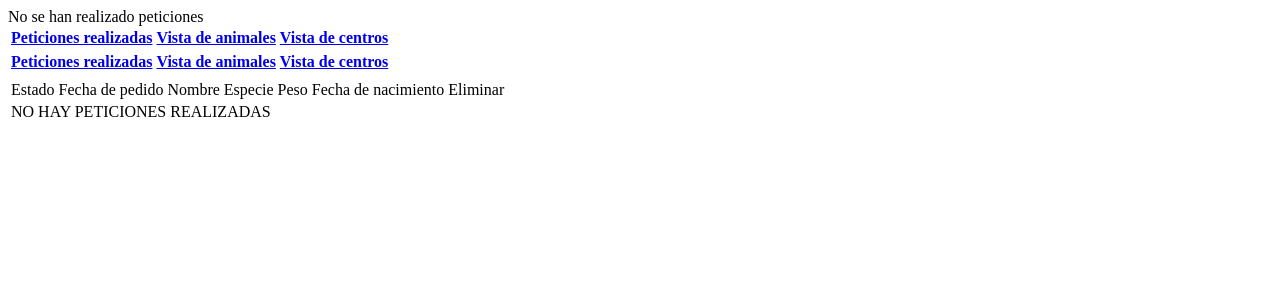
Repository: jorgesanchezfernandez/CodePortfolio
Page: http://localhost/Perrera/confirmarPeticiones.jsp
These files come from the project's save history. The page is drawn as it stood at one moment and after the next save; the edit follows.
The browser window is 1280 px wide. The pictures show the whole page.
The page is served by Tomcat 9. Other server files are loaded and not shown.

Above is the page before, as saved 2006-05-04 15:51:47.

### Java & Javascript/Web/Perrera/WebContent/confirmarPeticiones.jsp
<?xml version="1.0" encoding="ISO-8859-1" ?>
<%@ page language="java" contentType="text/html; charset=ISO-8859-1"
    pageEncoding="ISO-8859-1" import="java.util.*,Perrera.*"%>
<!DOCTYPE html PUBLIC "-//W3C//DTD XHTML 1.0 Transitional//EN" "http://www.w3.org/TR/xhtml1/DTD/xhtml1-transitional.dtd">
<html xmlns="http://www.w3.org/1999/xhtml">
<head>
<meta http-equiv="Content-Type" content="text/html; charset=ISO-8859-1" />
<title>Insert title here</title>
</head>
<body>
<%
IPetProcesor petProces = new PetProcesor();
String mensaje=null;
LineaPeticion peticiones = (LineaPeticion)session.getAttribute("session.peticiones");
Usuario usuario=(Usuario)session.getAttribute("session.usu");

if(peticiones != null && usuario!=null)
{
	petProces.registraPeticion(usuario,peticiones);
	mensaje = new String ("Se realizaron las peticiones correctamente");
}
else
{
		mensaje = new String ("No se han realizado peticiones");
}


%>
<div>
<%=mensaje%>
</div>
<div>
	<jsp:include page="Menu.html"  />
</div>
<div>
	<jsp:include page="LineaPeticiones.jsp?botones=0"  />
</div>
</body>
</html>

### Java & Javascript/Web/Perrera/WebContent/Menu.html
<html>
<body>
	<table id="menu">
		<tr>
			<th>
				<a href="FrontController?respuesta=LineaPeticiones.jsp?botones=1">Peticiones realizadas</a>
			</th>
			<th>
				<a href="FrontController?respuesta=VistaAnimales.jsp">Vista de animales</a>
			</th>
			<th>
				<a href="FrontController?respuesta=VistaCentros.jsp">Vista de centros</a>
			</th>
		</tr>
	</table>


</body>
</html>

### Java & Javascript/Web/Perrera/WebContent/LineaPeticiones.jsp
<?xml version="1.0" encoding="ISO-8859-1" ?>
<%@ page language="java" contentType="text/html; charset=ISO-8859-1"
    pageEncoding="ISO-8859-1" import="java.util.*,Perrera.*" %>
<!DOCTYPE html PUBLIC "-//W3C//DTD XHTML 1.0 Transitional//EN" "http://www.w3.org/TR/xhtml1/DTD/xhtml1-transitional.dtd">
<html xmlns="http://www.w3.org/1999/xhtml">
<head>
<meta http-equiv="Content-Type" content="text/html; charset=ISO-8859-1" />
<title>Peticiones realizadas</title>
</head>
<body>
<div>
	<jsp:include page="Menu.html"  />
</div>
	<table>
		<tr>
			<td colspan="7"></td>
		</tr>
		<tr>
			<td>Estado</td><td>Fecha de pedido</td><td>Nombre</td><td>Especie</td><td>Peso</td><td>Fecha de nacimiento</td><td>Eliminar</td>
		</tr>
<%
		LineaPeticion sessionPeticiones = (LineaPeticion)session.getAttribute("session.peticiones");
		int contador=1;
		if(sessionPeticiones != null){
			List peticiones = sessionPeticiones.getPeticiones();
        	Iterator it = peticiones.iterator();
        	while (it.hasNext()) {
				Peticion pet= (Peticion) it.next();
				Animal animal = pet.getAnimal();
%>
				<tr>
						<td> <%=pet.getEstado() %> </td>
						<td> <%=pet.getFecha().toString()%> </td>
						<td> <%=animal.getNombre() %></td>
						<td> <%=animal.getEspecie() %></td>
						<td> <%=animal.getPeso() %></td>
						<td> <%=animal.getFechaNacimiento() %></td>
						<td> <a href="FrontController?respuesta=eliminarPeticion.jsp?numSerie=<%=animal.getNumSerie()%>"><img></a></td>
				</tr>
<%
			contador++;
			}
        }else{%>
			<tr>
					<td colspan='6'>
					NO HAY PETICIONES REALIZADAS
					</td>
			</tr>
    <%}
   if(contador>=LineaPeticion.MAX_PETICIONES){
    	%>
				<tr>
						<td colspan='6'>
							Maximo de peticiones alcanzadas.
						</td>
				</tr>
<% }
	if(!request.getParameter("botones").equals("0") && contador<=LineaPeticion.MAX_PETICIONES && contador>1){%>
				<tr>
						<td colspan='3'>
						<a href="FrontController?respuesta=confirmarPeticiones.jsp"><img></a>
						</td>
				</tr>
<%	}%>
	</table>
</body>
</html>

### Java & Javascript/Web/Perrera/src/Perrera/IPetProcesor.java
package Perrera;

import java.util.List;
import java.util.LinkedList;
import java.util.Iterator;
import java.lang.Comparable;

public interface IPetProcesor {
	public void registraPeticion(Usuario usu, LineaPeticion lPet);
	public void eliminarPeticion(Animal animal,LineaPeticion lp);
}

### Java & Javascript/Web/Perrera/src/Perrera/PetProcesor.java
package Perrera;

import java.util.List;
import java.util.Iterator;

public class PetProcesor implements IPetProcesor {

	public void registraPeticion(Usuario usu, LineaPeticion lp){
		//Registra una nueva peticion.
		try{

			usu.setLPeticiones(lp);
			Iterator it=lp.getPeticiones().iterator();
			Peticion pet=null;

			while(it.hasNext()){
				pet=(Peticion)it.next();
				pet.setEstado(Peticion.PENDIENTE_ADJUDICACION);
				pet.getAnimal().addPeticionUsuario(usu);
			}
		}catch(Exception e){
			System.out.println("La peticion no pudo ser añadida al usuario");
		}
	}

	public void eliminarPeticion(Animal animal, LineaPeticion lp){
		//Elimina el numero de peticion deseada de un usuario
		try{
			lp.removePeticion(animal.getNombre());
			animal.removePeticionUsuario(lp.getUsu());
		}catch(Exception e){
			System.out.println("No ha podido eliminarse la peticion");
		}
	}
}

After the next save:
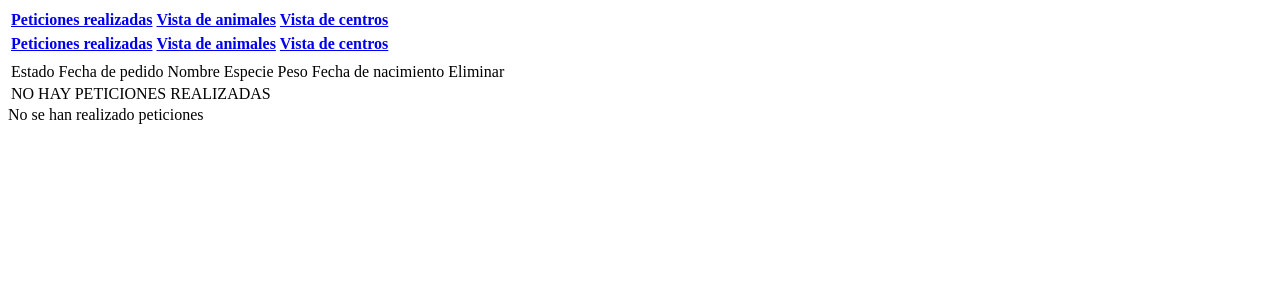
Saved 38 s later.
--- a/Java & Javascript/Web/Perrera/WebContent/confirmarPeticiones.jsp
+++ b/Java & Javascript/Web/Perrera/WebContent/confirmarPeticiones.jsp
@@ -8,6 +8,12 @@
 <title>Insert title here</title>
 </head>
 <body>
+<div>
+	<jsp:include page="Menu.html"  />
+</div>
+<div>
+	<jsp:include page="LineaPeticiones.jsp?botones=0"  />
+</div>
 <%
 IPetProcesor petProces = new PetProcesor();
 String mensaje=null;
@@ -29,11 +35,5 @@ else
 <div>
 <%=mensaje%>
 </div>
-<div>
-	<jsp:include page="Menu.html"  />
-</div>
-<div>
-	<jsp:include page="LineaPeticiones.jsp?botones=0"  />
-</div>
 </body>
 </html>
